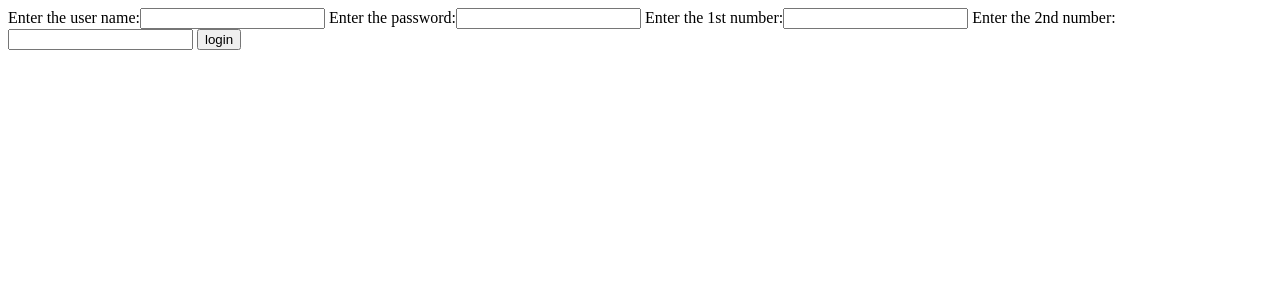
Repository: Tarun-raj1999/MyProjects
Page: Projects/AdvanceJavaProject1/src/main/webapp/index.html
An editor plug-in stored every save of this project. The page is shown before and after the next save, followed by the edit.
The browser window is 1280 px wide. The pictures show the whole page.

Above is the page before, as saved 2024-07-11 08:49:12.

After the next save:
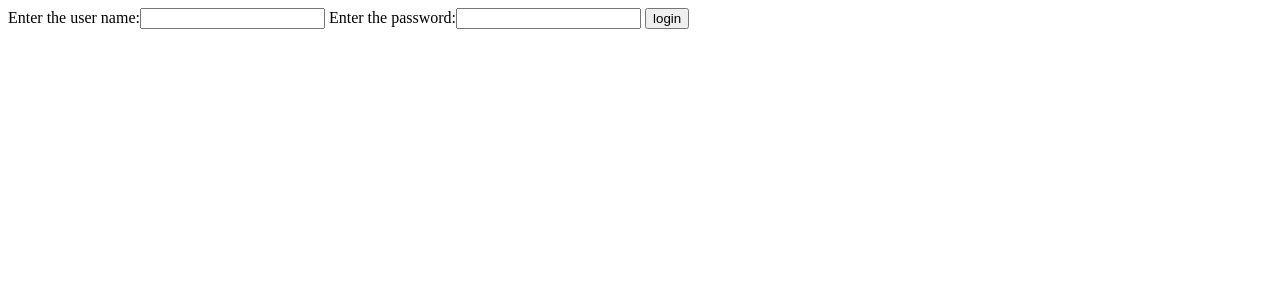
Saved 2 min 18 s later.
--- a/Projects/AdvanceJavaProject1/src/main/webapp/index.html
+++ b/Projects/AdvanceJavaProject1/src/main/webapp/index.html
@@ -8,8 +8,6 @@
 <form action="ServletOne" method="post">
 Enter the user name:<input type="text" name="username"/>
 Enter the password:<input type="password" name="password"/>
-Enter the 1st number:<input type="text" name="num1"/>
-Enter the 2nd number:<input type="text" name="num2"/>
 <button type="submit">login</button>
 </form>
 </body>
